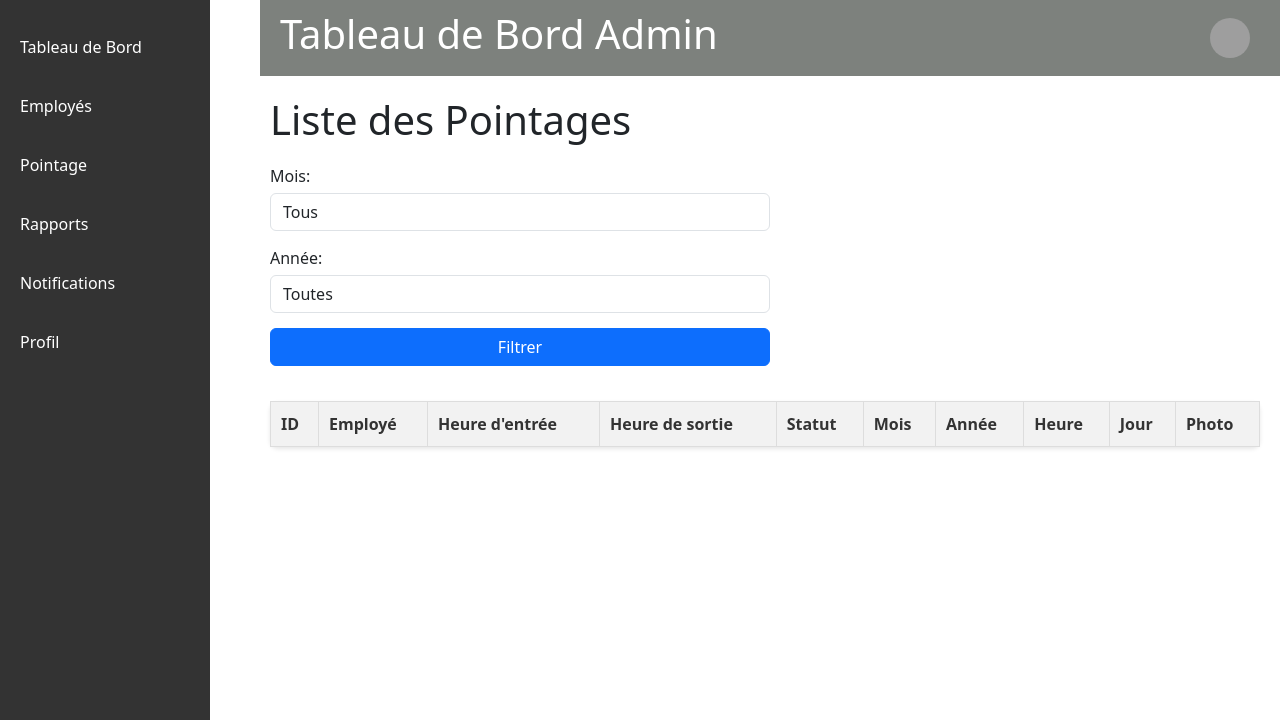
Repository: safa39652/projet-de-developpement-
Page: templates/pointage/liste.html.twig
An editor plug-in stored every save of this project. The page is shown before and after the next save, followed by the edit.
The browser window is 1280 px wide. The pictures show the whole page.
Pictures or frames that could not be fetched are drawn as grey boxes. Some web libraries are served in a nearby version. The page is a Twig template of a Symfony application; nobody is signed in and links lead nowhere. The template is opened directly, without the code that normally fills it, so the values that code supplies are empty.

Above is the page before, as saved 2024-12-27 22:30:13.

After the next save:
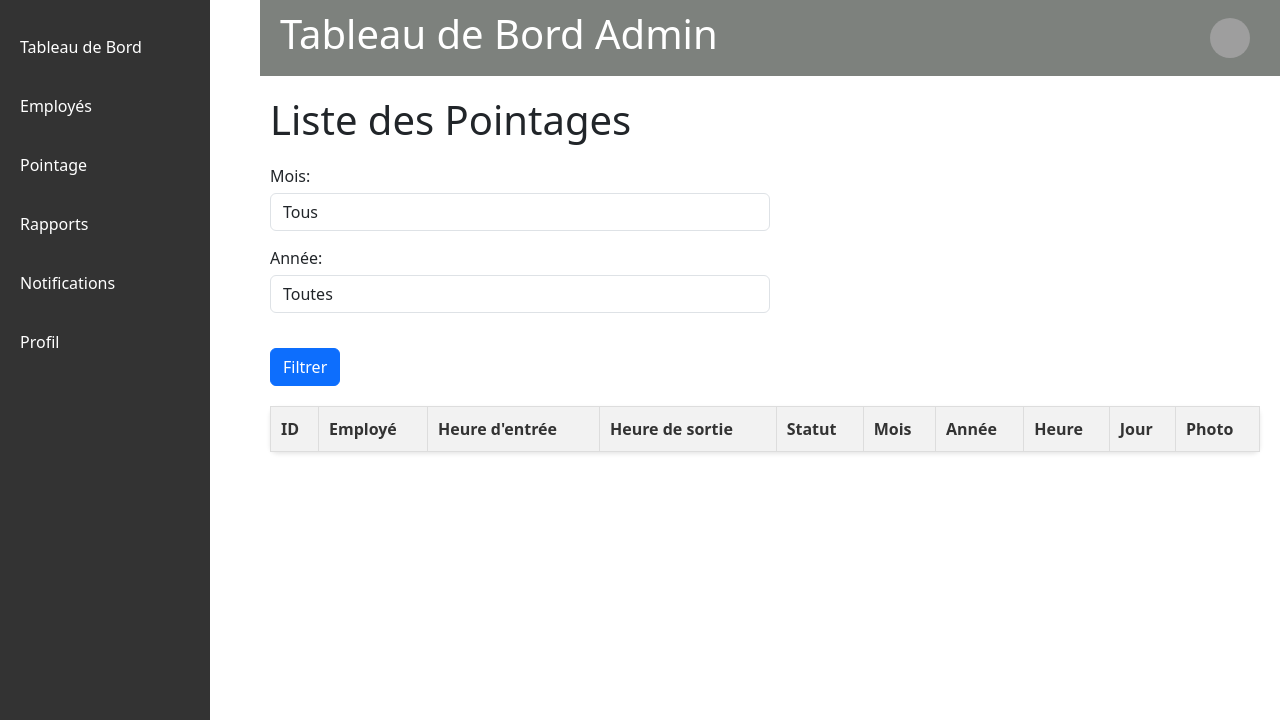
Saved 27 s later.
--- a/templates/pointage/liste.html.twig
+++ b/templates/pointage/liste.html.twig
@@ -8,7 +8,7 @@
 <!-- Formulaire de filtrage -->
 <div style="margin-bottom: 20px;">
     <form method="get" action="{{ path('filter') }}" class="form-inline">
-        <div class="form-group mr-2">
+
             <label for="mois" class="mr-2">Mois:</label>
             <select name="mois" id="mois" class="form-control">
                 <option value="">Tous</option>

After the save that followed:
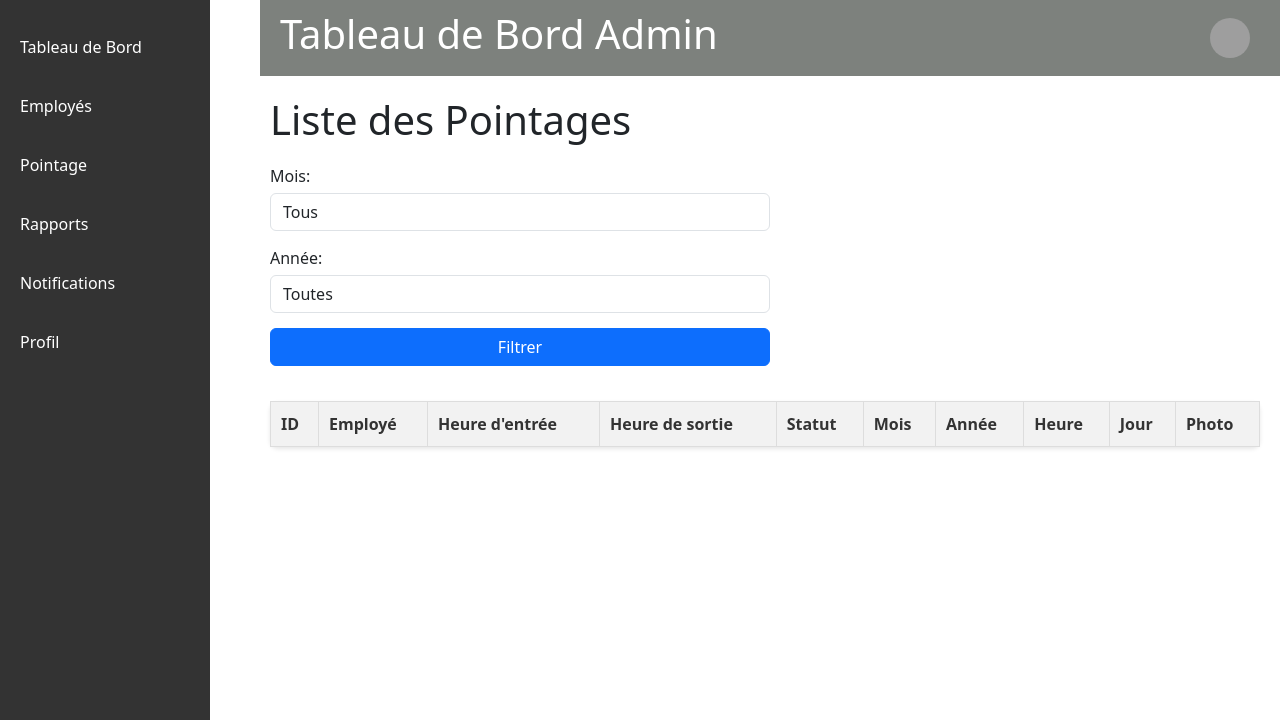
Saved 15 s later.
--- a/templates/pointage/liste.html.twig
+++ b/templates/pointage/liste.html.twig
@@ -8,7 +8,7 @@
 <!-- Formulaire de filtrage -->
 <div style="margin-bottom: 20px;">
     <form method="get" action="{{ path('filter') }}" class="form-inline">
-
+        <div class="form-group mr-2">
             <label for="mois" class="mr-2">Mois:</label>
             <select name="mois" id="mois" class="form-control">
                 <option value="">Tous</option>
